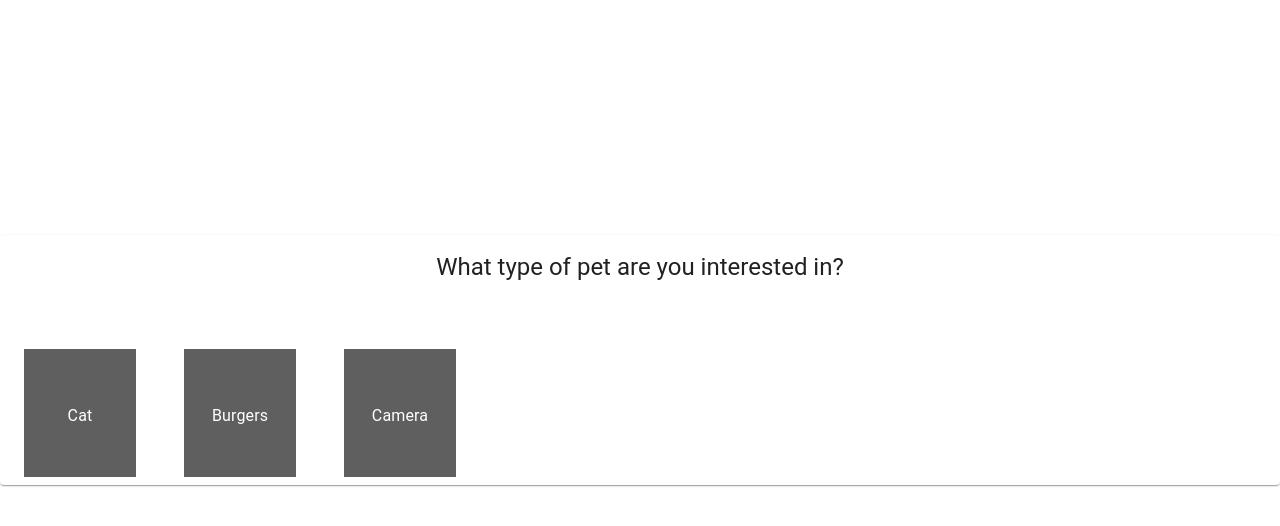
Repository: watthananick1/petstory
Page: /
These files come from the project's save history. The page is drawn as it stood at one moment and after a run of saves; the edit follows.
The browser window is 1280 px wide. The pictures show the whole page.
Pictures or frames that could not be fetched are drawn as grey boxes. The project was rebuilt for these pictures with package versions that can differ from the ones it lists, and the page was loaded fresh each time.

Above is the page before, as saved 2023-03-25 14:55:52.

### src/index.tsx
import React from 'react';
import ReactDOM from 'react-dom/client';
import './index.css';
import App from './App';
import reportWebVitals from './reportWebVitals';
import { BrowserRouter } from 'react-router-dom';

const root = ReactDOM.createRoot(document.getElementById('root') as HTMLElement);
root.render(
    <React.StrictMode>
        <BrowserRouter>
            <App />
        </BrowserRouter>
    </React.StrictMode>
);

// If you want to start measuring performance in your app, pass a function
// to log results (for example: reportWebVitals(console.log))
// or send to an analytics endpoint. Learn more: https://bit.ly/CRA-vitals
reportWebVitals();

### src/App.tsx
import logo from './assets/logo.svg';
import styles from './App.module.scss';
import { Menu } from './components/menu/menu';
import { Container } from './components/container/container';
import { Navbar } from './components/navbar/navbar';
import { Posts } from './components/posts/posts';
import Login from './components/login/login';
import SignUp from './components/sign-up/sign-up';
import CardTypePet from './components/card-type-pet/card-type-pet';
import { Route, Routes } from 'react-router';

function App() {
    return (
        // <div className={styles.App}>
        //     <Navbar />
        //     <Menu />
        //     <Container />
        //     <Posts />
        // </div>
        <div>
            <Routes>
                {/* <Route id="login" path="/" element={<Login />} />
                <Route id="signUp" path="/signUp" element={<SignUp />} /> */}
                {/* <Route path="/home" element={<Home />} /> */}
                <Route path="/" element={<CardTypePet />} />
            </Routes>
        </div>
    );
}

export default App;

### src/components/card-type-pet/card-type-pet.tsx
import * as React from 'react';
import { styled } from '@mui/material/styles';
import Box from '@mui/material/Box';
import ButtonBase from '@mui/material/ButtonBase';
import Typography from '@mui/material/Typography';
import { Card, CardContent, Paper } from '@mui/material';

const images = [
    {
        url: 'https://firebasestorage.googleapis.com/v0/b/pet-story-f51e3.appspot.com/o/mainData%2FimgTypePet%2Fcat.jpg?alt=media&token=758765ef-8887-4d21-88d9-0f803717e977',
        title: 'Cat',
        width: '30%',
    },
    {
        url: '/static/images/buttons/burgers.jpg',
        title: 'Burgers',
        width: '30%',
    },
    {
        url: '/static/images/buttons/camera.jpg',
        title: 'Camera',
        width: '30%',
    },
];

const ImageButton = styled(ButtonBase)(({ theme }) => ({
    position: 'relative',
    height: 200,
    [theme.breakpoints.down('sm')]: {
        width: '50% !important', // Overrides inline-style
        height: '2%',
    },
    '&:hover, &.Mui-focusVisible': {
        zIndex: 1,
        '& .MuiImageBackdrop-root': {
            opacity: 0.15,
        },
        '& .MuiImageMarked-root': {
            opacity: 0,
        },
        '& .MuiTypography-root': {
            border: '4px solid currentColor',
        },
    },
}));

const ImageSrc = styled('span')({
    position: 'absolute',
    left: 0,
    right: 0,
    top: 0,
    bottom: 0,
    backgroundSize: 'cover',
    backgroundPosition: 'center 40%',
});

const Image = styled('span')(({ theme }) => ({
    position: 'absolute',
    left: 0,
    right: 0,
    top: 0,
    bottom: 0,
    display: 'flex',
    alignItems: 'center',
    justifyContent: 'center',
    color: theme.palette.common.white,
}));

const ImageBackdrop = styled('span')(({ theme }) => ({
    position: 'absolute',
    left: 0,
    right: 0,
    top: 0,
    bottom: 0,
    backgroundColor: theme.palette.common.black,
    opacity: 0.4,
    transition: theme.transitions.create('opacity'),
}));

const Item = styled(Paper)(({ theme }) => ({
  ...theme.typography.body2,
  textAlign: 'center',
  color: theme.palette.text.secondary,
  height: 10,
  lineHeight: '60px',
}));

export default function CardTypePet() {
    return (
        <div style={{ display: 'flex', alignItems: 'center', height: '100vh'}}>
            <Card sx={{ minWidth: '100%', margin: '0 auto' }}>
                <CardContent>
                    <Typography gutterBottom variant="h5" style={{alignItems: 'center', textAlign: 'center', height: 50}} component="div">
                      What type of pet are you interested in?
                    </Typography >
                </CardContent>
                <Box
                  sx={{
                    display: 'flex',
                    flexWrap: 'wrap',
                    '& > :not(style)': {
                      m: 2,
                      width: 128,
                      height: 128,
                    },
                  }}
                >
                  {images.map((image) => (
                      <Box
                      sx={{
                        display: 'flex',
                        flexWrap: 'wrap',
                        '& > :not(style)': {
                          m: 1,
                          width: 128,
                          height: 128,
                        },
                      }}
                      >
                        <ImageButton
                            focusRipple
                            key={image.title}
                            style={{
                                width: '',
                            }}
                            onClick={() => console.log(`Clicked on ${image.title}`)}
                        >
                            <ImageSrc style={{ backgroundImage: `url(${image.url})` }} />
                            <ImageBackdrop className="MuiImageBackdrop-root" />
                            <Image>
                                <Typography
                                    component="span"
                                    variant="subtitle1"
                                    color="inherit"
                                    sx={{
                                        position: 'relative',
                                        p: 4,
                                        pt: 2,
                                        pb: (theme) => `calc(${theme.spacing(1)} + 2px)`,
                                    }}
                                >
                                    {image.title}
                                </Typography>
                            </Image>
                        </ImageButton>
                        </Box>
                    ))}
                </Box>
            </Card>
        </div>
    );
}

Loaded but not shown: public/index.html (common file); src/index.css (common file); src/reportWebVitals.ts (common file)

After the next 2 saves:
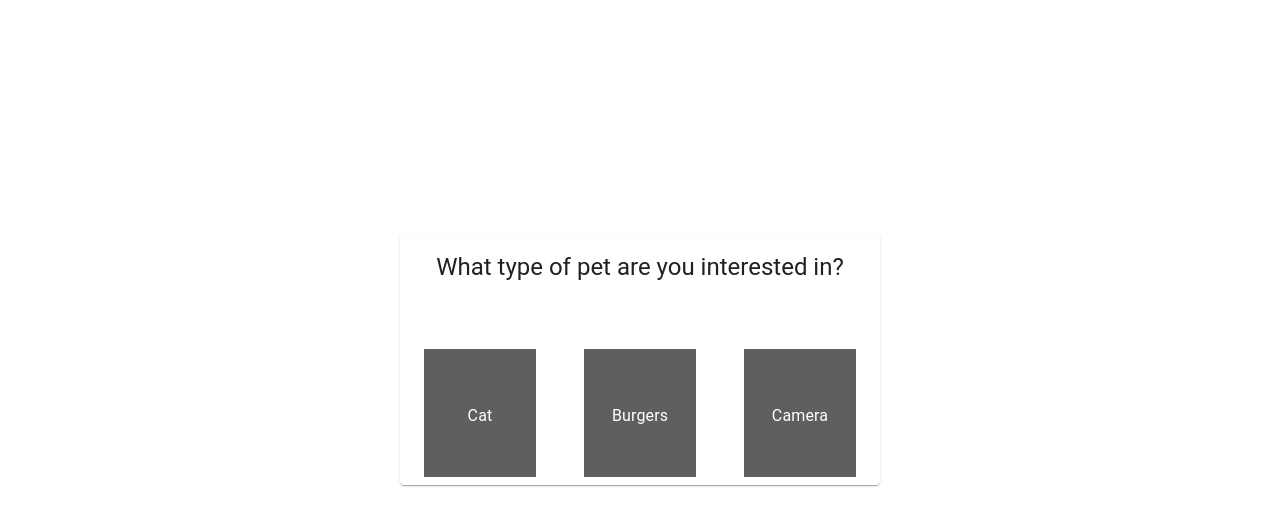
The 2 saves are shown as one change because they came seconds apart.
The last was saved 25 s later.
--- a/src/components/card-type-pet/card-type-pet.tsx
+++ b/src/components/card-type-pet/card-type-pet.tsx
@@ -88,7 +88,7 @@ const Item = styled(Paper)(({ theme }) => ({
 export default function CardTypePet() {
     return (
         <div style={{ display: 'flex', alignItems: 'center', height: '100vh'}}>
-            <Card sx={{ minWidth: '100%', margin: '0 auto' }}>
+            <Card sx={{ maxWidth: '100%', margin: '0 auto' }}>
                 <CardContent>
                     <Typography gutterBottom variant="h5" style={{alignItems: 'center', textAlign: 'center', height: 50}} component="div">
                       What type of pet are you interested in?
